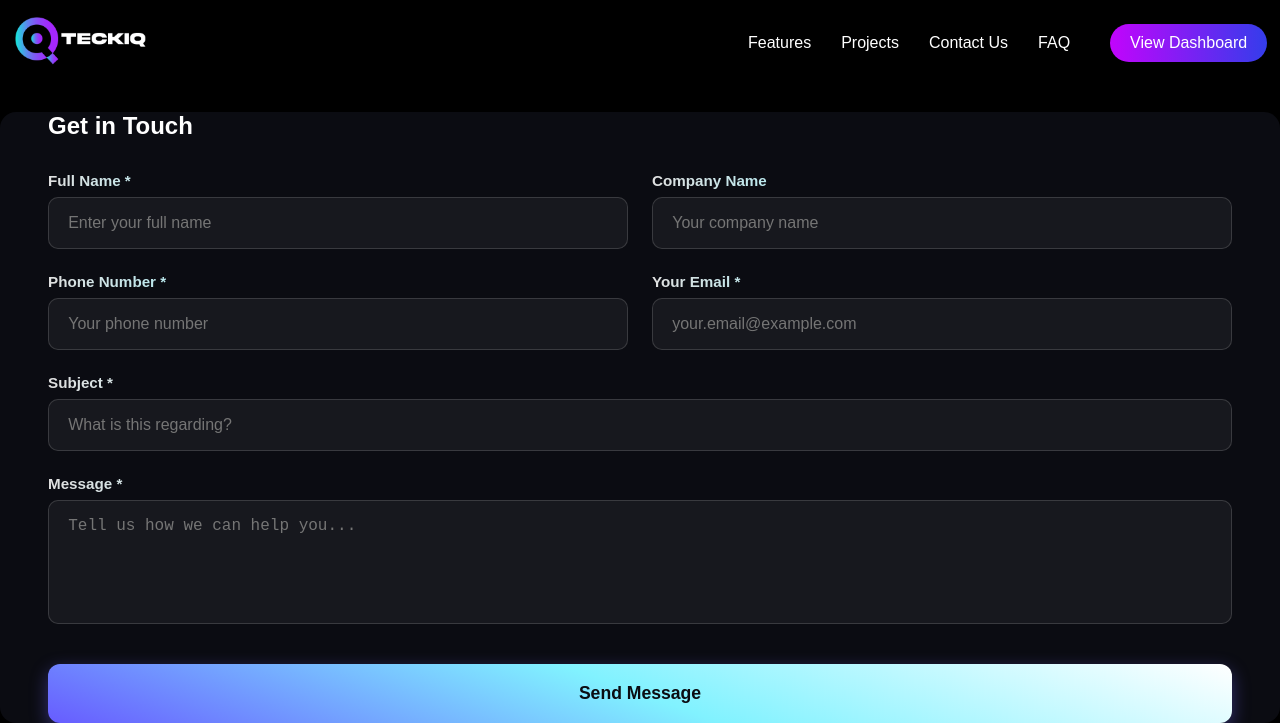
Repository: Uge-dev/Tekagon
Page: frontend/pages/contact.html
The author's editor kept a copy of each file at every save. The page is drawn from the files as they stood at one save, then again after the next save.
The browser window is 1280 px wide. The pictures show the whole page.

Above is the page before, as saved 2026-05-05 15:52:50.

After the next save:
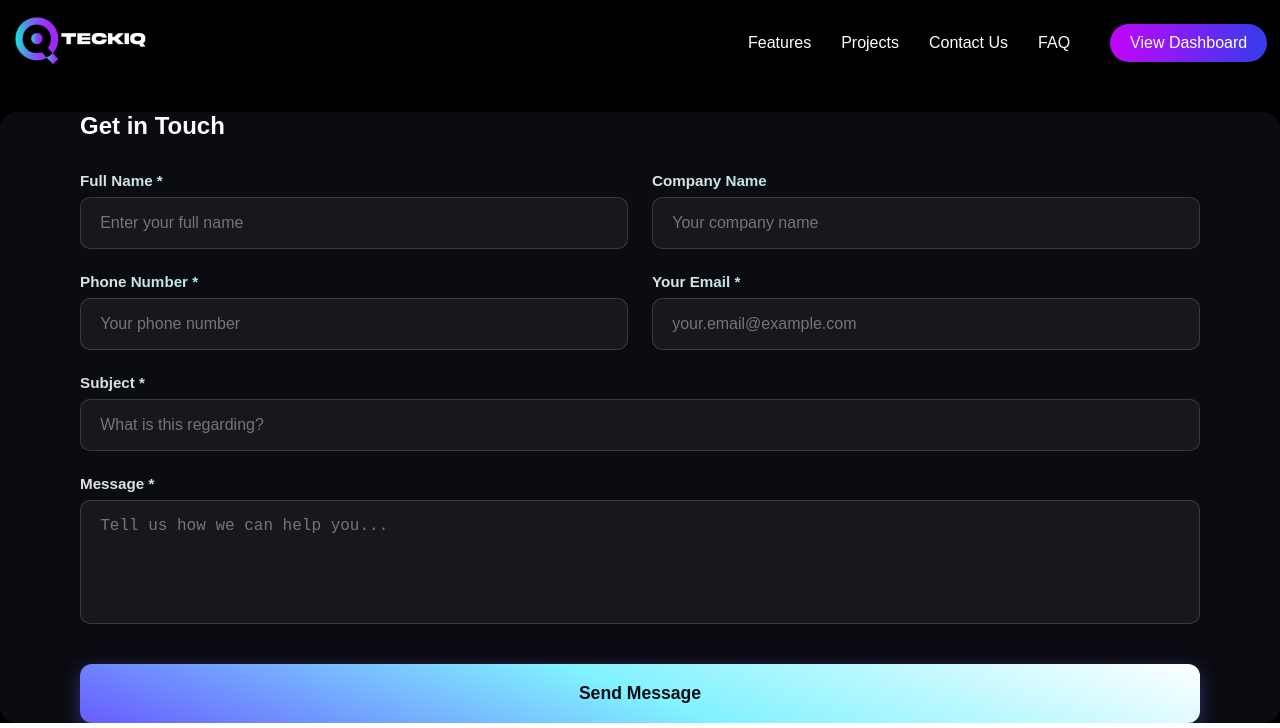
Saved 32 s later.
--- a/frontend/pages/contact.html
+++ b/frontend/pages/contact.html
@@ -47,7 +47,7 @@
 
 
 
-   <section class="contact-section". style="margin-top: 7rem;">
+   <section class="contact-section". style="margin-top: 7rem; padding: 0rem 5rem;">
         <h2 class="header-title">Get in Touch</h2>
         <form class="contact-form" id="contactForm" action="https://formsubmit.co/tekagon.digital@gmail.com"
             method="POST">
